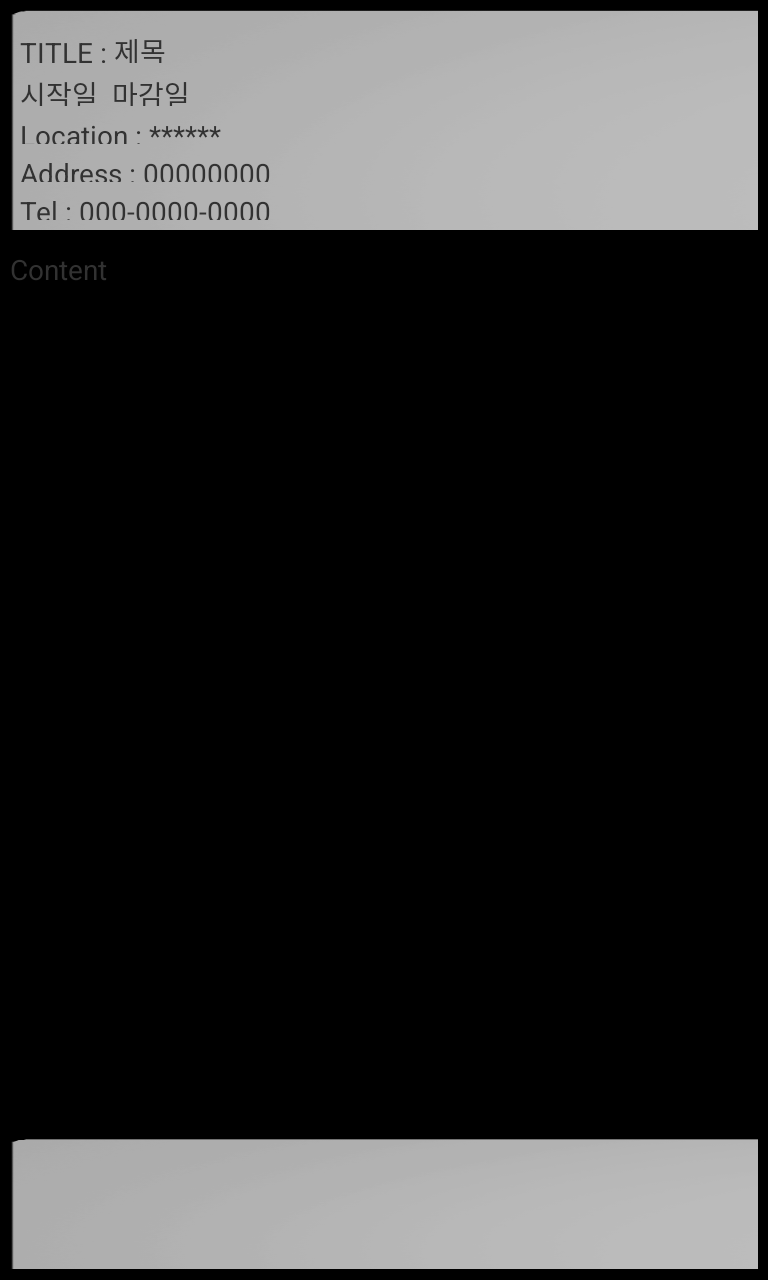
Repository: chlduq04/java
Layout: Culturemap/res/layout/detail.xml
An editor plug-in stored every save of this project. The layout is shown before and after the next save, followed by the edit.
It is drawn on a 768 x 1280 px phone screen (xhdpi) without system bars, with theme AppTheme; the app's code is not run.

Above is the layout before, as saved 2012-07-23 07:21:12.

After the next save:
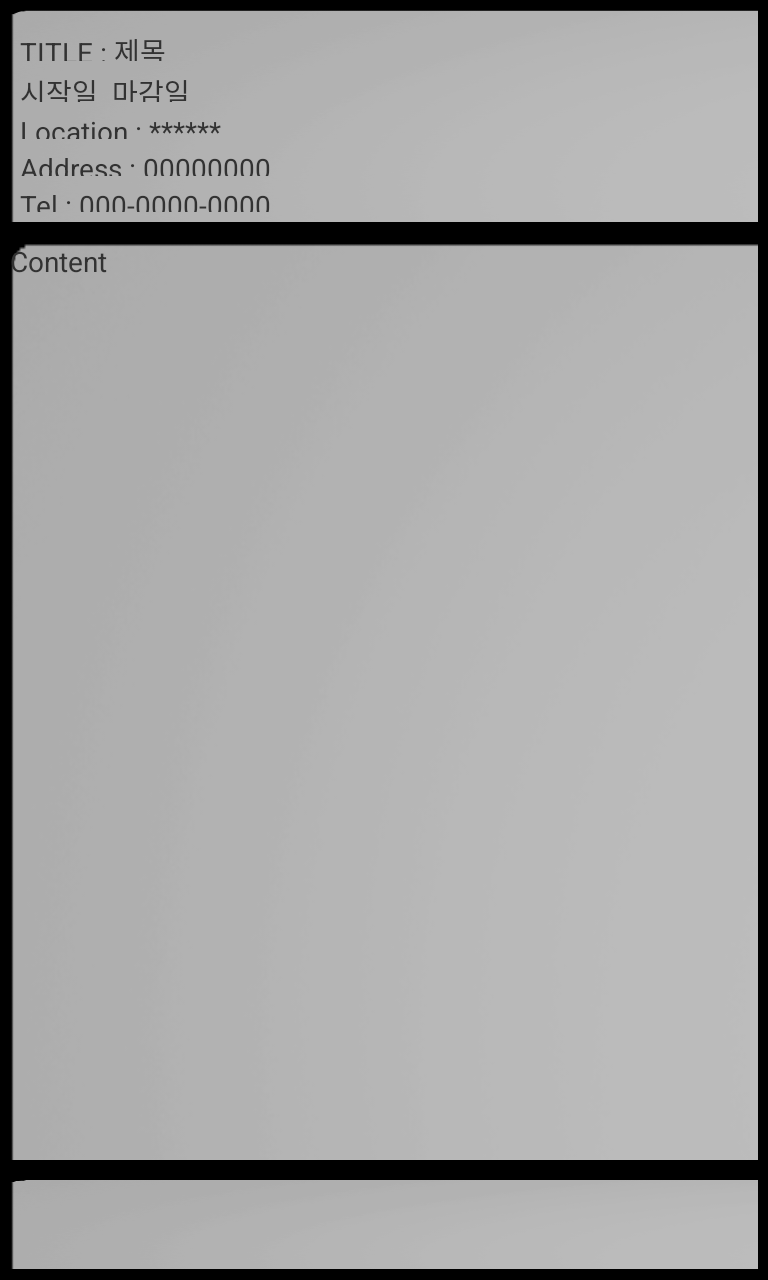
Saved 25 s later.
--- a/Culturemap/res/layout/detail.xml
+++ b/Culturemap/res/layout/detail.xml
@@ -111,8 +111,9 @@
     </LinearLayout>
 
     <LinearLayout
+        android:background="@drawable/content"
         android:layout_width="match_parent"
-        android:layout_height="wrap_content"
+        android:layout_height="200dip"
         android:layout_margin="5dip"
         android:layout_margin="5dip"
         android:layout_weight="6"
